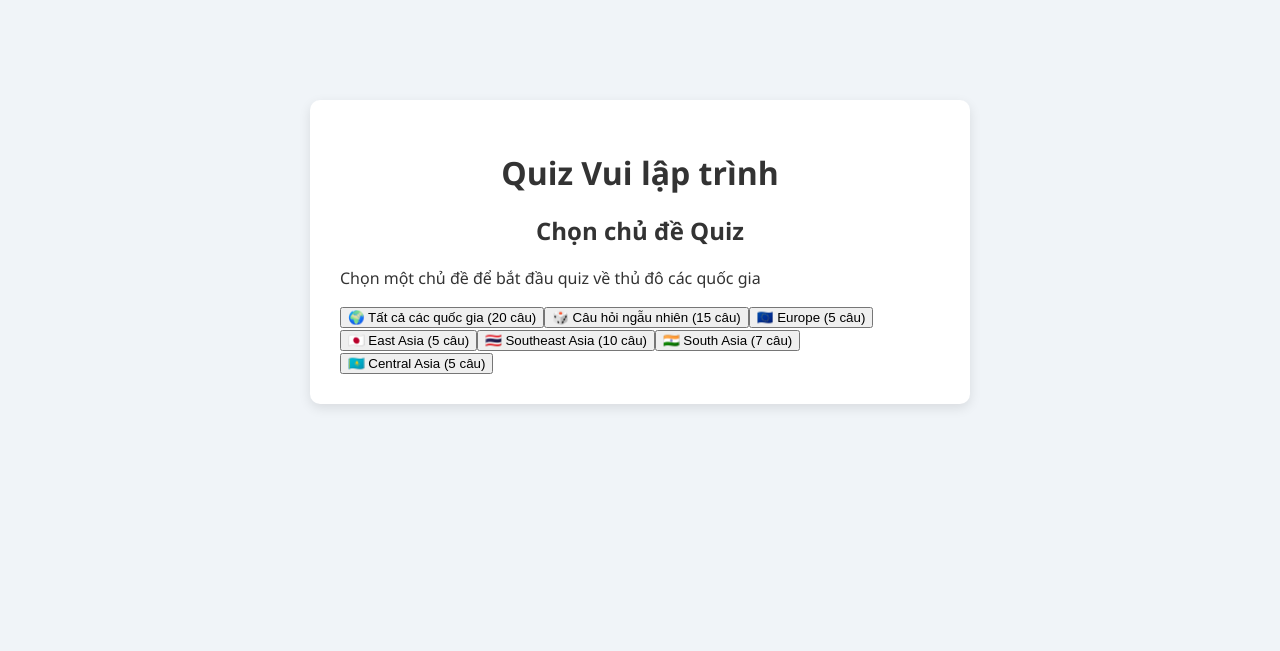
Repository: HuynhPPP/Quiz_App
Page: /
These files come from the project's save history. The page is drawn as it stood at one moment and after the next save; the edit follows.
The browser window is 1280 px wide. The pictures show the whole page.
The project was rebuilt for these pictures with package versions that can differ from the ones it lists, and the page was loaded fresh each time. Also part of the build but not shown: vite.config.js, src/components/Resutl.jsx, src/components/Review.jsx.

Above is the page before, as saved 2025-09-26 15:34:43.

### index.html
<!doctype html>
<html lang="en">
  <head>
    <meta charset="UTF-8" />
    <link rel="icon" type="image/svg+xml" href="/vite.svg" />
    <meta name="viewport" content="width=device-width, initial-scale=1.0" />
    <title>Quiz Vui lập trình</title>
  </head>
  <body>
    <div id="root"></div>
    <script type="module" src="/src/main.jsx"></script>
  </body>
</html>

### src/index.css
/* Global reset and styling */
body {
  margin: 0;
  padding: 0;
  font-family: "Segoe UI", Tahoma, Geneva, Verdana, sans-serif;
  background: #f0f4f8;
  color: #333;
}

/* Container styling for the app */
.container {
  max-width: 600px;
  margin: 100px auto;
  background: #fff;
  padding: 30px;
  border-radius: 10px;
  box-shadow: 0 4px 12px rgba(0, 0, 0, 0.1);
}

/* Header styling */
h1,
h2 {
  text-align: center;
  margin-bottom: 20px;
}

/* Styling the question text */
.question {
  font-size: 1.2em;
  margin-bottom: 20px;
}

/* Option button styling */
.option {
  display: block;
  width: 100%;
  padding: 12px;
  margin: 8px 0;
  border: 2px solid transparent;
  border-radius: 6px;
  background: #e7ecf0;
  cursor: pointer;
  text-align: left;
  transition: background 0.3s, border 0.3s;
}

.option:hover {
  background: #d6dde5;
}

.option.selected {
  background: oklch(92.9% 0.013 255.508);
  border: 2px solid oklch(55.4% 0.046 257.417);
  color: oklch(37.2% 0.044 257.287);
}

/* Navigation button styles */
.nav-buttons {
  display: flex;
  justify-content: space-between;
  margin-top: 20px;
}

.nav-buttons button {
  padding: 10px 20px;
  border: none;
  background: #42a5f5;
  color: white;
  border-radius: 6px;
  cursor: pointer;
  font-size: 1em;
  transition: background 0.3s;
}

.nav-buttons button:hover {
  background: #1e88e5;
}

.nav-buttons button:disabled {
  background: #a0c4e3;
  cursor: not-allowed;
}

.result-button {
  display: block;
  padding: 10px 20px;
  border: none;
  background: oklch(55.4% 0.046 257.417);
  color: white;
  border-radius: 6px;
  cursor: pointer;
  font-size: 1em;
  transition: background 0.3s;
}

.result-button:hover {
  background: #1e88e5;
}

/* Score display styling */
.score {
  font-size: 1.4em;
  text-align: center;
  margin: 20px 0;
}

.correct-answer {
  color: oklch(70.4% 0.14 182.503);
}

.incorrect-answer {
  color: oklch(64.5% 0.246 16.439);
}

p.result {
  text-align: center;
  margin: 40px;
}

.resultButtonsContainer {
  display: flex;
  justify-content: center;
  gap: 20px;
}

/* Review component styles */
.review-question {
  margin-bottom: 30px;
}

.review-options {
  margin: 20px 0;
}

.review-options .option {
  position: relative;
  cursor: default;
}

.review-options .option:hover {
  background: #e7ecf0;
}

.review-options .correct-user-answer {
  background: #d4edda;
  border: 2px solid #28a745;
  color: #155724;
}

.review-options .incorrect-user-answer {
  background: #f8d7da;
  border: 2px solid #dc3545;
  color: #721c24;
}

.review-options .correct-answer {
  background: #d1ecf1;
  border: 2px solid #17a2b8;
  color: #0c5460;
}

.answer-label {
  font-weight: bold;
  font-size: 0.9em;
}

.answer-status {
  margin: 20px 0;
  padding: 15px;
  border-radius: 6px;
  background: #f8f9fa;
}

.answer-status .correct-answer {
  color: #28a745;
  font-weight: bold;
}

.answer-status .incorrect-answer {
  color: #dc3545;
  font-weight: bold;
}

.answer-status .no-answer {
  color: #ffc107;
  font-weight: bold;
}

.review-buttons {
  display: flex;
  justify-content: center;
  gap: 20px;
  margin-top: 30px;
}

### src/App.jsx
import Quiz from "./components/Quiz"

function App() {
  return (
    <div className="container">
      <h1>Quiz Vui lập trình</h1>
      <Quiz />

    </div>
  )
}

export default App

### src/components/Quiz.jsx
import React, { useState, useEffect } from 'react'
import Resutl from './Resutl'
import Review from './Review'
import QuizSelector from './QuizSelector'
import { quizData } from '../data/quizData'

const Quiz = () => {
    const [currentQuestions, setCurrentQuestions] = useState([]);
    const [optionSelected, setOptionSelected] = useState("");
    const [userAnswer, setUserAnswer] = useState([]);
    const [currentQuestion, setCurrentQuestion] = useState(0);
    const [isQuizCompleted, setIsQuizCompleted] = useState(false);
    const [isReviewMode, setIsReviewMode] = useState(false);
    const [score, setScore] = useState(0);
    const [showSelector, setShowSelector] = useState(true);

    const handleStartQuiz = (questions) => {
        setCurrentQuestions(questions);
        setUserAnswer(Array.from({ length: questions.length }));
        setShowSelector(false);
        setCurrentQuestion(0);
        setOptionSelected("");
        setIsQuizCompleted(false);
        setIsReviewMode(false);
        setScore(0);
    };

    const handleSelectOption = (option, index) => {
        setOptionSelected(option);
        const newUserAnswer = [...userAnswer];
        newUserAnswer[currentQuestion] = index;
        setUserAnswer(newUserAnswer);
    }

    const handleNextQuestion = () => {
        if (currentQuestion === currentQuestions.length - 1) {
            setIsQuizCompleted(true);
        } else {
            setCurrentQuestion((prev) => prev + 1);
        }

    }

    const handlePreviousQuestion = () => {
        if (currentQuestion > 0) {
            setCurrentQuestion((prev) => prev - 1);
        }
    }

    const handleResetQuiz = () => {
        setIsQuizCompleted(false);
        setIsReviewMode(false);
        setCurrentQuestion(0);
        setScore(0);
        setUserAnswer(Array.from({ length: currentQuestions.length }));
        setOptionSelected("");
    }

    const handleReviewQuiz = () => {
        setIsReviewMode(true);
        setIsQuizCompleted(false);
        setCurrentQuestion(0);
    }

    const handleBackToResult = () => {
        setIsReviewMode(false);
        setIsQuizCompleted(true);
    }

    useEffect(() => {
        if (currentQuestions.length > 0) {
            const answer = Number(userAnswer[currentQuestion]);
            const pastOptionSelected = currentQuestions[currentQuestion].options[answer];
            if (answer !== undefined) {
                setOptionSelected(pastOptionSelected);
            } else {
                setOptionSelected("");
            }
        }
    }, [currentQuestion, userAnswer, currentQuestions]);

    useEffect(() => {
        if (currentQuestions.length > 0 && optionSelected === currentQuestions[currentQuestion].answer) {
            setScore((prev) => prev + 1);
        }
    }, [optionSelected, currentQuestion, currentQuestions]);

    if (isReviewMode) {
        return <Review
            quizData={currentQuestions}
            userAnswers={userAnswer}
            handleBackToResult={handleBackToResult}
            handleRestartQuiz={handleResetQuiz}
        />
    }

    if (isQuizCompleted) {
        return <Resutl
            score={score}
            totalQuestions={currentQuestions.length}
            handleReviewQuiz={handleReviewQuiz}
            handleResetQuiz={handleResetQuiz}
        />
    }

    if (showSelector) {
        return <QuizSelector onStartQuiz={handleStartQuiz} />
    }

    if (currentQuestions.length === 0) {
        return <div>Loading...</div>
    }

    return (
        <div>
            <h2>Câu {currentQuestion + 1}</h2>
            <p className='question'>{currentQuestions[currentQuestion].question}</p>

            {currentQuestions[currentQuestion].options.map((option, index) => (
                <button
                    key={index}
                    className={`option ${optionSelected === option ? 'selected' : ''}`}
                    disabled={!!optionSelected && optionSelected !== option}
                    onClick={() => handleSelectOption(option, index)}
                >
                    {option}
                </button>
            ))}

            {
                optionSelected ? (
                    optionSelected === currentQuestions[currentQuestion].answer ? (
                        <p className='correct-answer'>Câu trả lời của bạn là chính xác</p>
                    ) : (
                        <p className='incorrect-answer'>Câu trả lời của bạn chưa chính xác</p>
                    )
                ) : ""
            }


            <div className='nav-buttons'>
                <button
                    onClick={handlePreviousQuestion}
                    disabled={currentQuestion === 0}
                >
                    Trước
                </button>
                <button
                    onClick={handleNextQuestion}
                    disabled={!optionSelected}
                >
                    {currentQuestion === currentQuestions.length - 1 ? "Hoàn thành Quiz" : "Tiếp"}
                </button>
            </div>
        </div>
    );
};

export default Quiz

### src/components/QuizSelector.jsx
import React from 'react'
import { getAllCategories, getQuestionsByCategory, getRandomQuestions } from '../data/quizData'

const QuizSelector = ({ onStartQuiz }) => {
    const categories = getAllCategories();

    const handleCategorySelect = (category) => {
        const questions = getQuestionsByCategory(category);
        onStartQuiz(questions);
    };

    const handleRandomQuiz = () => {
        const questions = getRandomQuestions(15); // 15 random questions
        onStartQuiz(questions);
    };

    const handleAllQuestions = () => {
        const questions = getRandomQuestions(20); // 20 questions from all categories
        onStartQuiz(questions);
    };

    return (
        <div>
            <h2>Chọn chủ đề Quiz</h2>
            <p className="quiz-description">
                Chọn một chủ đề để bắt đầu quiz về thủ đô các quốc gia
            </p>

            <div className="quiz-categories">
                <button
                    className="category-button all-questions"
                    onClick={handleAllQuestions}
                >
                    🌍 Tất cả các quốc gia (20 câu)
                </button>

                <button
                    className="category-button random"
                    onClick={handleRandomQuiz}
                >
                    🎲 Câu hỏi ngẫu nhiên (15 câu)
                </button>

                {categories.map((category, index) => {
                    const questionCount = getQuestionsByCategory(category).length;
                    const categoryEmojis = {
                        'Europe': '🇪🇺',
                        'East Asia': '🇯🇵',
                        'Southeast Asia': '🇹🇭',
                        'South Asia': '🇮🇳',
                        'Central Asia': '🇰🇿'
                    };

                    return (
                        <button
                            key={index}
                            className="category-button"
                            onClick={() => handleCategorySelect(category)}
                        >
                            {categoryEmojis[category] || '🌏'} {category} ({questionCount} câu)
                        </button>
                    );
                })}
            </div>
        </div>
    );
};

export default QuizSelector;

### src/data/quizData.js
// Quiz data organized by regions
export const quizData = [
    // European Capitals (existing questions)
    {
        question: "What is the capital of France?",
        options: ["Paris", "London", "Berlin", "Madrid"],
        answer: "Paris",
        category: "Europe"
    },
    {
        question: "What is the capital of Germany?",
        options: ["Berlin", "London", "Madrid", "Paris"],
        answer: "Berlin",
        category: "Europe"
    },
    {
        question: "What is the capital of Italy?",
        options: ["Rome", "London", "Madrid", "Paris"],
        answer: "Rome",
        category: "Europe"
    },
    {
        question: "What is the capital of Spain?",
        options: ["Madrid", "London", "Paris", "Rome"],
        answer: "Madrid",
        category: "Europe"
    },
    {
        question: "What is the capital of Portugal?",
        options: ["Lisbon", "London", "Madrid", "Paris"],
        answer: "Lisbon",
        category: "Europe"
    },

    // East Asian Capitals
    {
        question: "What is the capital of Japan?",
        options: ["Tokyo", "Osaka", "Kyoto", "Hiroshima"],
        answer: "Tokyo",
        category: "East Asia"
    },
    {
        question: "What is the capital of South Korea?",
        options: ["Seoul", "Busan", "Incheon", "Daegu"],
        answer: "Seoul",
        category: "East Asia"
    },
    {
        question: "What is the capital of China?",
        options: ["Beijing", "Shanghai", "Guangzhou", "Shenzhen"],
        answer: "Beijing",
        category: "East Asia"
    },
    {
        question: "What is the capital of Taiwan?",
        options: ["Taipei", "Kaohsiung", "Taichung", "Tainan"],
        answer: "Taipei",
        category: "East Asia"
    },
    {
        question: "What is the capital of Mongolia?",
        options: ["Ulaanbaatar", "Darkhan", "Erdenet", "Choibalsan"],
        answer: "Ulaanbaatar",
        category: "East Asia"
    },

    // Southeast Asian Capitals
    {
        question: "What is the capital of Thailand?",
        options: ["Bangkok", "Chiang Mai", "Pattaya", "Phuket"],
        answer: "Bangkok",
        category: "Southeast Asia"
    },
    {
        question: "What is the capital of Vietnam?",
        options: ["Hanoi", "Ho Chi Minh City", "Da Nang", "Hue"],
        answer: "Hanoi",
        category: "Southeast Asia"
    },
    {
        question: "What is the capital of Indonesia?",
        options: ["Jakarta", "Surabaya", "Bandung", "Medan"],
        answer: "Jakarta",
        category: "Southeast Asia"
    },
    {
        question: "What is the capital of Malaysia?",
        options: ["Kuala Lumpur", "George Town", "Johor Bahru", "Ipoh"],
        answer: "Kuala Lumpur",
        category: "Southeast Asia"
    },
    {
        question: "What is the capital of Singapore?",
        options: ["Singapore", "Jurong", "Woodlands", "Tampines"],
        answer: "Singapore",
        category: "Southeast Asia"
    },
    {
        question: "What is the capital of Philippines?",
        options: ["Manila", "Cebu", "Davao", "Quezon City"],
        answer: "Manila",
        category: "Southeast Asia"
    },
    {
        question: "What is the capital of Myanmar?",
        options: ["Naypyidaw", "Yangon", "Mandalay", "Mawlamyine"],
        answer: "Naypyidaw",
        category: "Southeast Asia"
    },
    {
        question: "What is the capital of Cambodia?",
        options: ["Phnom Penh", "Siem Reap", "Battambang", "Sihanoukville"],
        answer: "Phnom Penh",
        category: "Southeast Asia"
    },
    {
        question: "What is the capital of Laos?",
        options: ["Vientiane", "Luang Prabang", "Pakse", "Savannakhet"],
        answer: "Vientiane",
        category: "Southeast Asia"
    },
    {
        question: "What is the capital of Brunei?",
        options: ["Bandar Seri Begawan", "Kuala Belait", "Seria", "Tutong"],
        answer: "Bandar Seri Begawan",
        category: "Southeast Asia"
    },

    // South Asian Capitals
    {
        question: "What is the capital of India?",
        options: ["New Delhi", "Mumbai", "Bangalore", "Kolkata"],
        answer: "New Delhi",
        category: "South Asia"
    },
    {
        question: "What is the capital of Pakistan?",
        options: ["Islamabad", "Karachi", "Lahore", "Faisalabad"],
        answer: "Islamabad",
        category: "South Asia"
    },
    {
        question: "What is the capital of Bangladesh?",
        options: ["Dhaka", "Chittagong", "Sylhet", "Rajshahi"],
        answer: "Dhaka",
        category: "South Asia"
    },
    {
        question: "What is the capital of Sri Lanka?",
        options: ["Colombo", "Kandy", "Galle", "Jaffna"],
        answer: "Colombo",
        category: "South Asia"
    },
    {
        question: "What is the capital of Nepal?",
        options: ["Kathmandu", "Pokhara", "Lalitpur", "Bharatpur"],
        answer: "Kathmandu",
        category: "South Asia"
    },
    {
        question: "What is the capital of Bhutan?",
        options: ["Thimphu", "Paro", "Punakha", "Wangdue Phodrang"],
        answer: "Thimphu",
        category: "South Asia"
    },
    {
        question: "What is the capital of Maldives?",
        options: ["Malé", "Addu City", "Fuvahmulah", "Kulhudhuffushi"],
        answer: "Malé",
        category: "South Asia"
    },

    // Central Asian Capitals
    {
        question: "What is the capital of Kazakhstan?",
        options: ["Nur-Sultan (Astana)", "Almaty", "Shymkent", "Aktobe"],
        answer: "Nur-Sultan (Astana)",
        category: "Central Asia"
    },
    {
        question: "What is the capital of Uzbekistan?",
        options: ["Tashkent", "Samarkand", "Bukhara", "Namangan"],
        answer: "Tashkent",
        category: "Central Asia"
    },
    {
        question: "What is the capital of Kyrgyzstan?",
        options: ["Bishkek", "Osh", "Jalal-Abad", "Karakol"],
        answer: "Bishkek",
        category: "Central Asia"
    },
    {
        question: "What is the capital of Tajikistan?",
        options: ["Dushanbe", "Khujand", "Kulob", "Bokhtar"],
        answer: "Dushanbe",
        category: "Central Asia"
    },
    {
        question: "What is the capital of Turkmenistan?",
        options: ["Ashgabat", "Türkmenabat", "Daşoguz", "Mary"],
        answer: "Ashgabat",
        category: "Central Asia"
    }
];

// Function to get questions by category
export const getQuestionsByCategory = (category) => {
    return quizData.filter(question => question.category === category);
};

// Function to get all categories
export const getAllCategories = () => {
    const categories = [...new Set(quizData.map(question => question.category))];
    return categories;
};

// Function to get random questions
export const getRandomQuestions = (count = 10) => {
    const shuffled = [...quizData].sort(() => 0.5 - Math.random());
    return shuffled.slice(0, count);
};

Loaded but not shown: src/main.jsx (common file)

After the next save:
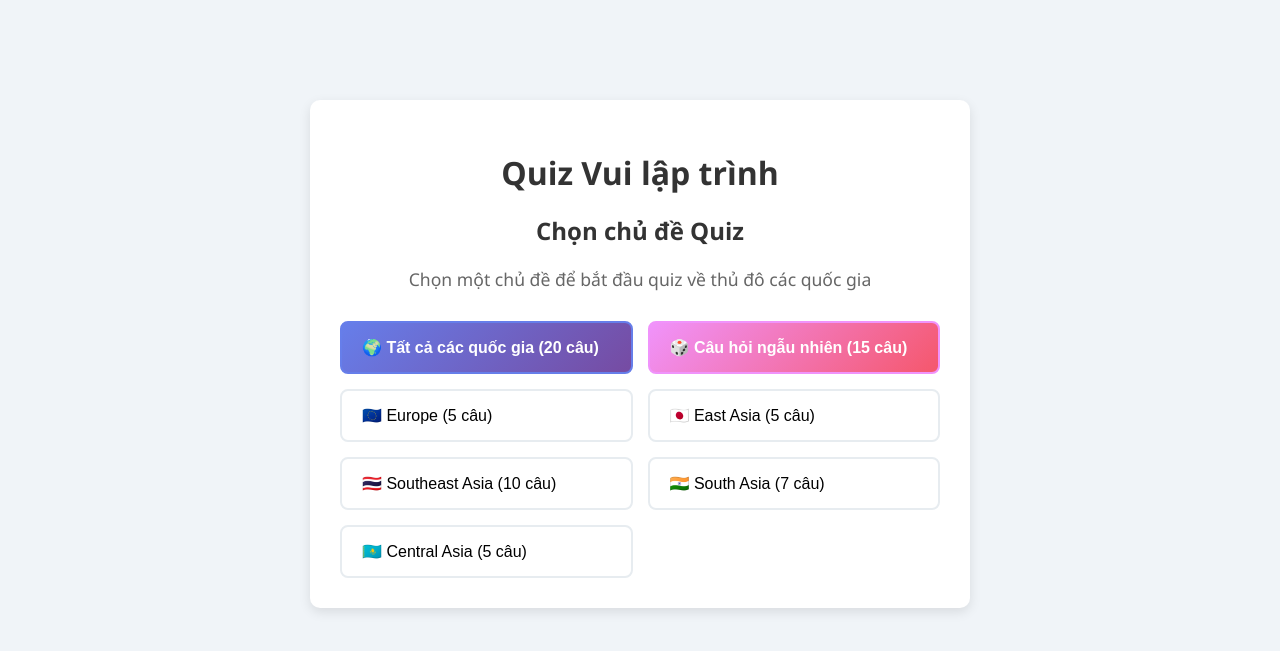
Saved 12 s later.
--- a/src/index.css
+++ b/src/index.css
@@ -192,3 +192,60 @@ p.result {
   gap: 20px;
   margin-top: 30px;
 }
+
+/* Quiz Selector styles */
+.quiz-description {
+  text-align: center;
+  margin-bottom: 30px;
+  color: #666;
+  font-size: 1.1em;
+}
+
+.quiz-categories {
+  display: grid;
+  grid-template-columns: repeat(auto-fit, minmax(250px, 1fr));
+  gap: 15px;
+  margin-top: 20px;
+}
+
+.category-button {
+  padding: 15px 20px;
+  border: 2px solid #e7ecf0;
+  border-radius: 8px;
+  background: #fff;
+  cursor: pointer;
+  font-size: 1em;
+  transition: all 0.3s;
+  text-align: left;
+}
+
+.category-button:hover {
+  border-color: #42a5f5;
+  background: #f8f9fa;
+  transform: translateY(-2px);
+  box-shadow: 0 4px 12px rgba(66, 165, 245, 0.15);
+}
+
+.category-button.all-questions {
+  background: linear-gradient(135deg, #667eea 0%, #764ba2 100%);
+  color: white;
+  border-color: #667eea;
+  font-weight: bold;
+}
+
+.category-button.all-questions:hover {
+  background: linear-gradient(135deg, #5a6fd8 0%, #6a4190 100%);
+  transform: translateY(-2px);
+}
+
+.category-button.random {
+  background: linear-gradient(135deg, #f093fb 0%, #f5576c 100%);
+  color: white;
+  border-color: #f093fb;
+  font-weight: bold;
+}
+
+.category-button.random:hover {
+  background: linear-gradient(135deg, #ee82f0 0%, #f3455a 100%);
+  transform: translateY(-2px);
+}
